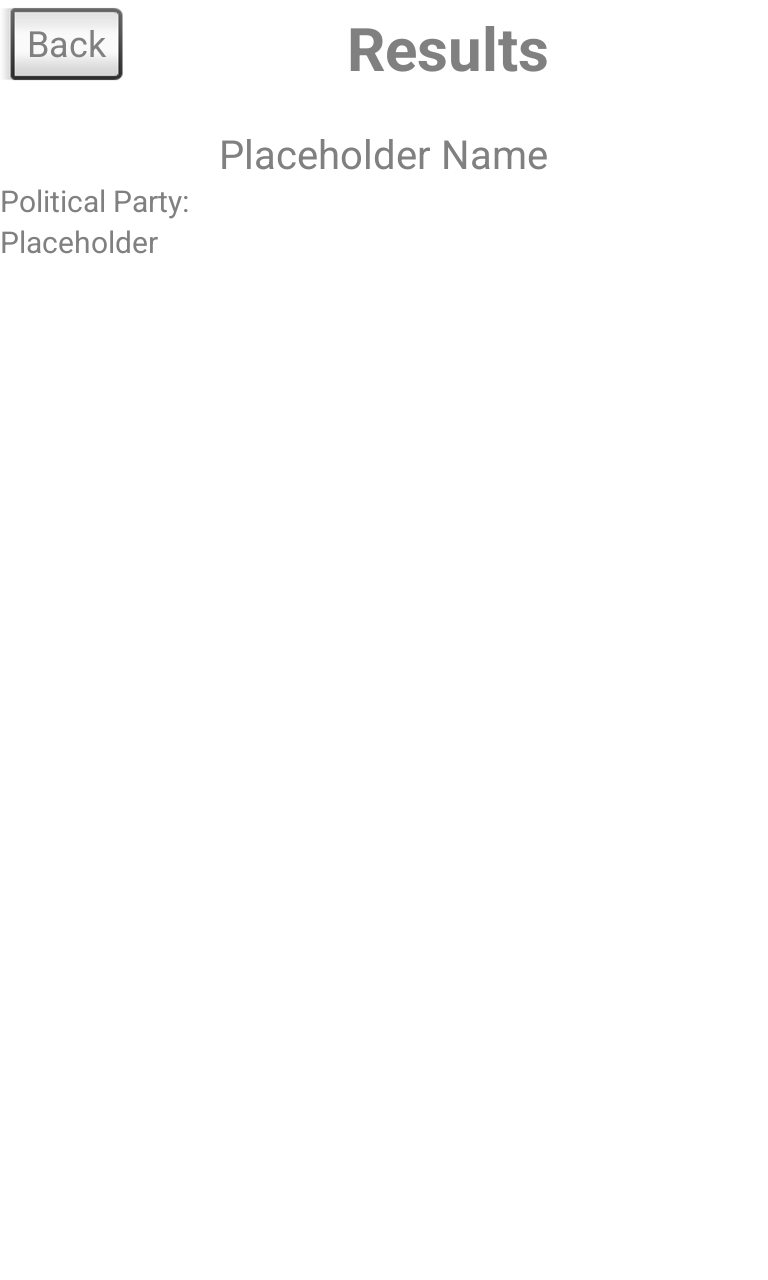
Repository: scottcaruso/Java_I_1307_Week4
Layout: myGov/res/layout/politician_display.xml
The author's editor kept a copy of each file at every save. The layout is drawn from the files as they stood at one save, then again after the next save.
It is drawn on a 768 x 1280 px phone screen (xhdpi) without system bars, with theme AppTheme; the app's code is not run.

Above is the layout before, as saved 2013-08-01 21:02:47.

### myGov/res/layout/politician_display.xml
<?xml version="1.0" encoding="utf-8"?>
<LinearLayout xmlns:android="http://schemas.android.com/apk/res/android"
    android:layout_width="match_parent"
    android:layout_height="match_parent"
    android:orientation="vertical" >


    <LinearLayout
        android:layout_width="match_parent"
        android:layout_height="wrap_content"
        android:orientation="horizontal">
	    <Button
	        android:id="@+id/back"
	        style="@android:style/Widget.Holo.Button.Inset"
	        android:layout_width="wrap_content"
	        android:layout_height="wrap_content"
	        android:hint="@string/back" />

	    <TextView
	        android:id="@+id/foundpoliticians"
	        android:layout_width="match_parent"
	        android:layout_height="wrap_content"
	        android:layout_gravity="center"
	        android:gravity="center"
	        android:hint="@string/results"
	        android:textStyle="bold"
	        android:textSize="30sp" />

    </LinearLayout>

        <TextView
            android:id="@+id/politicianName"
            android:layout_width="wrap_content"
            android:layout_height="wrap_content"
            android:layout_gravity="center_horizontal"
            android:layout_marginTop="15dp"
            android:gravity="center"
            android:hint="@string/politician_name"
            android:textSize="20sp" />

        <TextView
	            android:id="@+id/partylabel"
	            android:layout_width="wrap_content"
	            android:layout_height="wrap_content"
	            android:hint="@string/political_party_"
	            android:textSize="15sp" />

	     <TextView
	            android:id="@+id/partytext"
	            android:layout_width="wrap_content"
	            android:layout_height="wrap_content"
	            android:hint="@string/placeholder"
	            android:textSize="15sp" />

final TextView polLabel = UIElementCreator.createLabel(currentMainContext, "Politician Name: ");
				final TextView polPartyLabel = UIElementCreator.createLabel(currentMainContext, "Party Affiliaition: ");
				final TextView polStateLabel = UIElementCreator.createLabel(currentMainContext, "From State: ");
				final TextView polTermLabel = UIElementCreator.createLabel(currentMainContext, "Term Started: ");
				final TextView polTwitterLabel = UIElementCreator.createLabel(currentMainContext, "Twitter Handle: ");
				final TextView polWebsiteLabel = UIElementCreator.createLabel(currentMainContext, "Website Address: ");

				final TextView polName = UIElementCreator.createLabel(currentMainContext,thisPol.getString("Name"));
				final TextView polParty = UIElementCreator.createLabel(currentMainContext, thisPol.getString("Party"));
				final TextView polState = UIElementCreator.createLabel(currentMainContext, thisPol.getString("State"));
				final TextView polTerm = UIElementCreator.createLabel(currentMainContext, thisPol.getString("Term Start"));
				final TextView polTwitter = UIElementCreator.createLabel(currentMainContext, thisPol.getString("Twitter"));
				final TextView polWebsite = UIElementCreator.createLabel(currentMainContext, thisPol.getString("Website"));

</LinearLayout>

### myGov/res/values/strings.xml
<?xml version="1.0" encoding="utf-8"?>
<resources>

    <string name="app_name">myGov</string>
    <string name="action_settings">Settings</string>
    <string name="hello_world">Hello world!</string>
    <string name="enter_zip">Enter Zip</string>
    <string name="search_now">Search Now</string>
    <string name="view_saved_politicians">View Saved Politicians</string>
    <string name="back">Back</string>
    <string name="results">Results</string>
    <string name="politician_name">Placeholder Name</string>
    <string name="political_party_">Political Party:</string>
    <string name="placeholder">Placeholder</string>

</resources>

Loaded but not shown: myGov/res/values/styles.xml (common file); myGov/res/values-v11/styles.xml (common file); myGov/res/values-v14/styles.xml (common file)

After the next save:
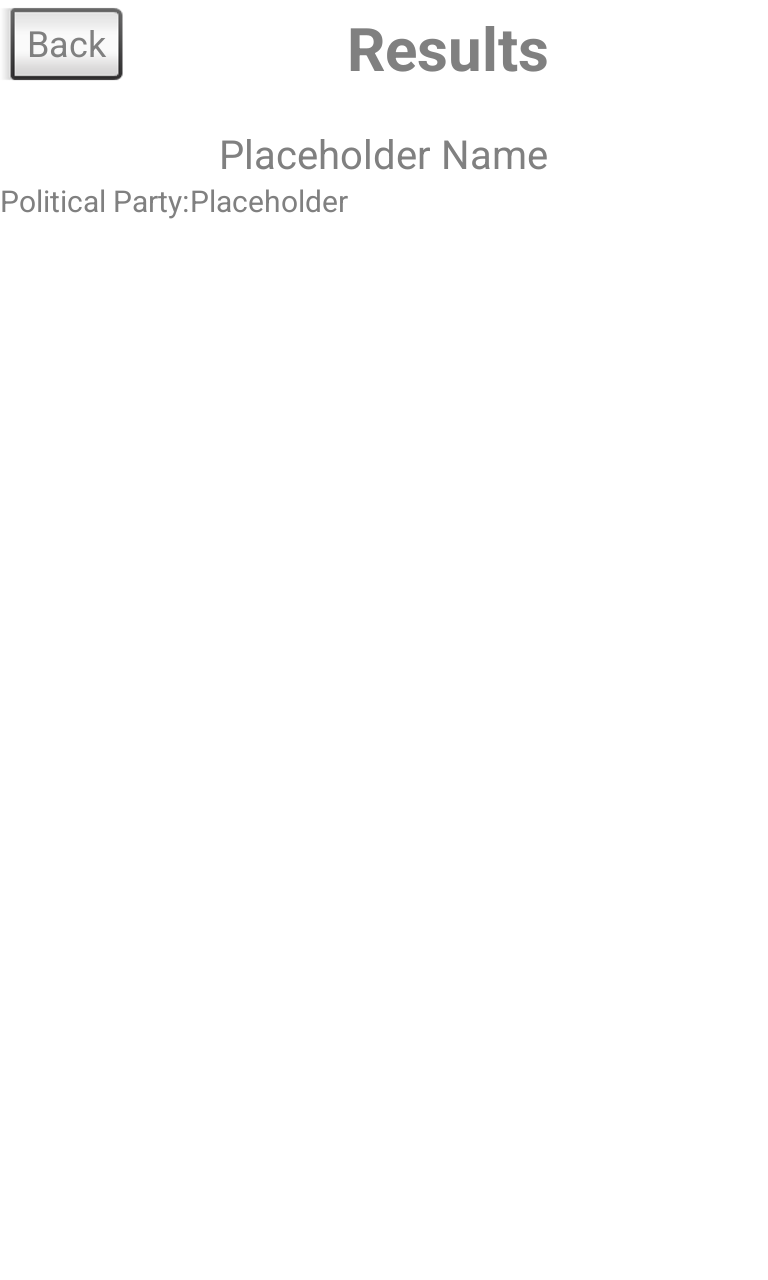
Saved 35 s later.
--- a/myGov/res/layout/politician_display.xml
+++ b/myGov/res/layout/politician_display.xml
@@ -38,6 +38,11 @@
             android:hint="@string/politician_name"
             android:textSize="20sp" />
 
+     <LinearLayout
+        android:layout_width="match_parent"
+        android:layout_height="wrap_content"
+        android:orientation="horizontal">
+
         <TextView
 	            android:id="@+id/partylabel"
 	            android:layout_width="wrap_content"
@@ -45,12 +50,14 @@
 	            android:hint="@string/political_party_"
 	            android:textSize="15sp" />
 
-	     <TextView
-	            android:id="@+id/partytext"
-	            android:layout_width="wrap_content"
-	            android:layout_height="wrap_content"
-	            android:hint="@string/placeholder"
-	            android:textSize="15sp" />
+        <TextView
+            android:id="@+id/partytext"
+            android:layout_width="wrap_content"
+            android:layout_height="wrap_content"
+            android:hint="@string/placeholder"
+            android:textSize="15sp" />
+
+         </LinearLayout>
 
 final TextView polLabel = UIElementCreator.createLabel(currentMainContext, "Politician Name: ");
 				final TextView polPartyLabel = UIElementCreator.createLabel(currentMainContext, "Party Affiliaition: ");
